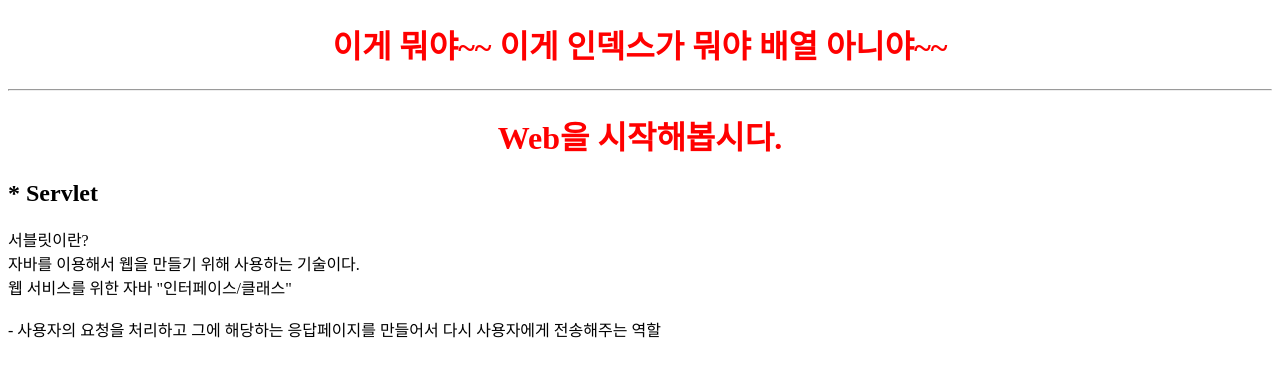
Repository: Rostreaca/0922_Web
Page: MyFirstWebProject/src/main/webapp/WEB-INF/index.html
An editor plug-in stored every save of this project. The page is shown before and after the next save, followed by the edit.
The browser window is 1280 px wide. The pictures show the whole page.

Above is the page before, as saved 2025-09-22 07:16:00.

### MyFirstWebProject/src/main/webapp/WEB-INF/index.html
<!DOCTYPE html>
<html>
<head>
<meta charset="UTF-8">
<title>안녕하세요 인 덱스입니다</title>
<style>
	h1{
		color : red;
		text-align: center;

	}
</style>
</head>
<body>
	<!--
		1) 새로운 워크스페이스를 만들어서 이클립스로 열기

		2) 작업 환경 구성

			2_1) 보여질 U.I를 구성

			2_2) 서버 실행환경 구성[Window - Preferences]
			(Server - Runtime Environments)
			이클립스 상에서 서버를 실행할 수 있도록 실행환경을 연동하는 과정
			Add버튼 클릭 -> 설치한 ApacheTomcat과 동일한 버전 선택 -> Next버튼 클릭
			-> Browse버튼 클릭 -> 설치한 톰캣 폴더 선택 -> Finish버튼 클릭

		3) 서버 생성하기

			3_1) [Servers] - [New] - [Server]

			3_2) 창에 기본적으로 2_2에서 세팅해놓은 Runtime이 잡혀 있을 것

			3_3)  Finish버튼 클릭

			3_4) 서버 세팅하기(만들어진 서버 더블클릭)

				3_4_1) 왼쪽하단에 ServerOption탭에 Server Module Publishing 체크
				=> file upload / download 경로 지정이 운영체제 상 숨김폴더로 지정

				3_4_2) 포트번호를 바꿔야한다면 재설정 => 작업이 끝나면 반드시 저장

			4) Dynamic Web Project만들기 [Project Explorer - new]

				4_1) 프로젝트명 신중하게 만들기 - Next

				4_2) default output folder 경로 재설정 :
					 src/main/webapp/WEB-INF/classes
				=> classes라는 폴더 안에 컴파일이 끝난 .class파일이 들어감
				WEB-INF안에 만들어두지 않으면 외부에서 접근이 가능하기 때문에 보안상 위험함

				4_3) Context root : 애플리케이션만의 고유한 이름으로 지어줄 것(기본값 : 프로젝트명)
				재정의해서 쓰는것이 보편적이고 실제로 자주 바뀔 수 있음
				=> 하나의 서버로 여러 개의 애플리케이션을 구동할 수 있음
				고유한 이름을 통해 애플리케이션에 접근하는 경로로 사용할 수 있음

				Content Directory : 실제로 배포되는 폴더(서버에 올라가는 폴더)의 최상위 폴더명!
				=> 변경 시 default output folder로 돌아가서 그쪽도 변경해야 함

				Generate web.xml deployement descriptor : 기본적으로는 체크가 안돼있음
				=> web.xml에는 애플리케이션 전체 정보가 들어있음(메인페이지 지정)
				굳이 바꿀 일 없어~~~ 하면은 안만들어도 무방
				혹시나 수정을 할 수도 있고 공부를 해야하니까 꼭 만들자!!!!

				Finish버튼 클릭

			5) 새로만들어진 Project 확인하기

				5_1) src - main - webapp - WEB-INF - classes폴더 잘 있나

				5_2) src - main - webapp - WEB-INF - web.xml 잘 있나

				5_3) src - main - webapp - index.html파일 만들기

			6) 생성해놓은 Server에 올리기

				[Servers] -> Server 오른쪽 클릭 -> Add and Remove -> 왼쪽에서 선택 후 클릭
				-> Finish

			7) 서버 실행 잘 되는거 확인했으면 브라우저 켜서 URL요청 보내서 index파일 잘 나오나 확인
		-->

	<h1>이게 뭐야~~ 이게 인덱스가 뭐야 배열 아니야~~</h1>

	<hr>

	<h1>Web을 시작해봅시다.</h1>

	<h2> * Servlet </h2>

	<p>
		서블릿이란? <br>
		자바를 이용해서 웹을 만들기 위해 사용하는 기술이다. <br>
		웹 서비스를 위한 자바 "인터페이스/클래스" <br><br>

		- 사용자의 요청을 처리하고 그에 해당하는 응답페이지를 만들어서
		  다시 사용자에게 전송해주는 역할

	</p>

</body>
</html>

After the next save:
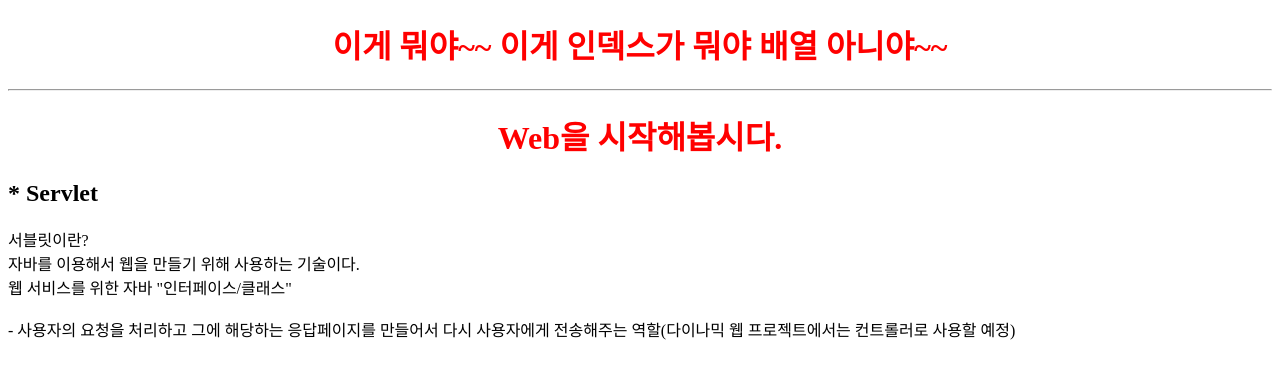
Saved 35 s later.
--- a/MyFirstWebProject/src/main/webapp/WEB-INF/index.html
+++ b/MyFirstWebProject/src/main/webapp/WEB-INF/index.html
@@ -94,7 +94,7 @@
 		웹 서비스를 위한 자바 "인터페이스/클래스" <br><br>
 
 		- 사용자의 요청을 처리하고 그에 해당하는 응답페이지를 만들어서
-		  다시 사용자에게 전송해주는 역할
+		  다시 사용자에게 전송해주는 역할(다이나믹 웹 프로젝트에서는 컨트롤러로 사용할 예정)
 
 	</p>
 
